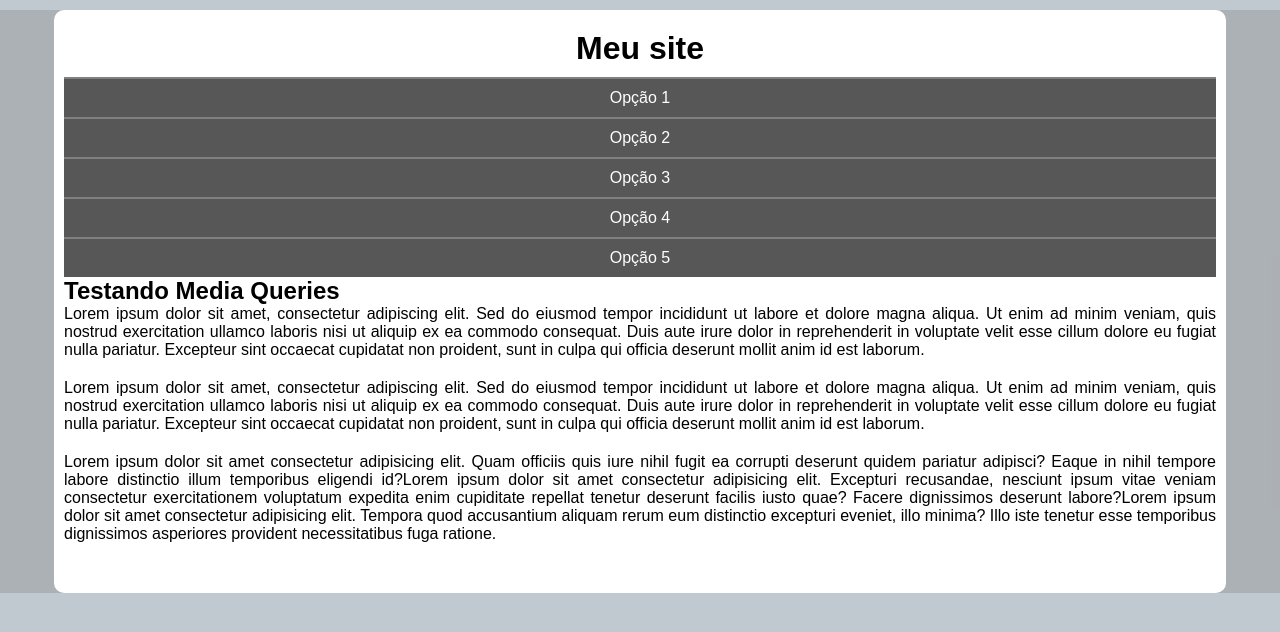
Repository: Sandro1969-tech/menu-hamburger
Page: index.html
An editor plug-in stored every save of this project. The page is shown before and after the next save, followed by the edit.
The browser window is 1280 px wide. The pictures show the whole page.

Above is the page before, as saved 2025-12-25 18:32:43.

### index.html
<!DOCTYPE html>
<html lang="pt-br">
<head>
    <meta charset="UTF-8">
    <meta name="viewport" content="width=device-width, initial-scale=1.0">
    <title>Media Queries</title>
    <link rel="stylesheet" href="style.css">
</head>
<body>
  <header>
    <main>
            <h1>Meu site</h1>
            <menu>
                <ul>
                    <li><a href="#">Opção 1</a></li>
                    <li><a href="#">Opção 2</a></li>
                    <li><a href="#">Opção 3</a></li>
                    <li><a href="#">Opção 4</a></li>
                    <li><a href="#">Opção 5</a></li>
                </ul>
            </menu>
                <article>
                    <h2>Testando Media Queries</h2>
                    <p>Lorem ipsum dolor sit amet, consectetur adipiscing elit. Sed do eiusmod tempor incididunt ut labore et dolore magna aliqua. Ut enim ad minim veniam, quis nostrud exercitation ullamco laboris nisi ut aliquip ex ea commodo consequat. Duis aute irure dolor in reprehenderit in voluptate velit esse cillum dolore eu fugiat nulla pariatur. Excepteur sint occaecat cupidatat non proident, sunt in culpa qui officia deserunt mollit anim id est laborum.</p>
                    <p>Lorem ipsum dolor sit amet, consectetur adipiscing elit. Sed do eiusmod tempor incididunt ut labore et dolore magna aliqua. Ut enim ad minim veniam, quis nostrud exercitation ullamco laboris nisi ut aliquip ex ea commodo consequat. Duis aute irure dolor in reprehenderit in voluptate velit esse cillum dolore eu fugiat nulla pariatur. Excepteur sint occaecat cupidatat non proident, sunt in culpa qui officia deserunt mollit anim id est laborum.</p>
                    <p> Lorem ipsum dolor sit amet consectetur adipisicing elit. Quam officiis quis iure nihil fugit ea corrupti deserunt quidem pariatur adipisci? Eaque in nihil tempore labore distinctio illum temporibus eligendi id?Lorem ipsum dolor sit amet consectetur adipisicing elit. Excepturi recusandae, nesciunt ipsum vitae veniam consectetur exercitationem voluptatum expedita enim cupiditate repellat tenetur deserunt facilis iusto quae? Facere dignissimos deserunt labore?Lorem ipsum dolor sit amet consectetur adipisicing elit. Tempora quod accusantium aliquam rerum eum distinctio excepturi eveniet, illo minima? Illo iste tenetur esse temporibus dignissimos asperiores provident necessitatibus fuga ratione.</p>
                </article>
    </main>
  </header>
</body>
</html>

### style.css
@charset "UTF-8";

* {
    font-family: Arial, Helvetica, sans-serif;
    margin: 0px;
    padding: 0px;
}

body {
    background-color:
    rgba(119, 136, 153, 0.459);
}
header {
    background-color:rgba(148, 148, 148, 0.459);
}

h1 {
padding: 10px;
text-align: center;
}

menu {
    display: block;
}
menu > ul {
    list-style-type: none;
}
menu a {
    display: block;
    padding: 10px;
    text-decoration: none;
    background-color: rgba(87,87,87);
    text-align: center;
    color: white;
    border-top: 2px solid grey;
}
menu > ul > li:hover a {
    background-color: rgba(119, 136, 153, 0.459);
}

main {
    width: 90vw;
    background-color:white;
    margin:  auto;
    margin-top: 10px;
    padding: 10px;
    border-radius: 10px;
}

article {
    padding-bottom: 20px;
}
article > p {
    text-align: justify;
    margin-bottom: 20px;
    text -indent: 20px;
}

After the next save:
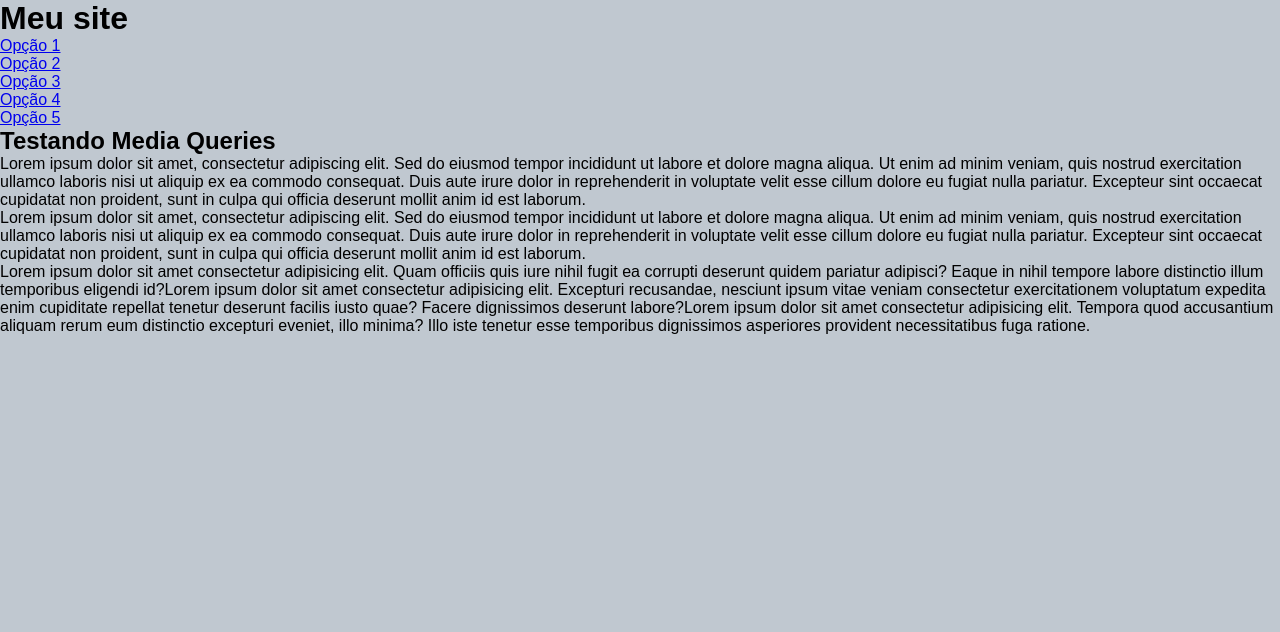
Saved 14 s later.
--- a/style.css
+++ b/style.css
@@ -11,7 +11,7 @@ body {
     rgba(119, 136, 153, 0.459);
 }
 header {
-    background-color:rgba(148, 148, 148, 0.459);
+    background-color:rgba(148, 148, 148,;
 }
 
 h1 {
